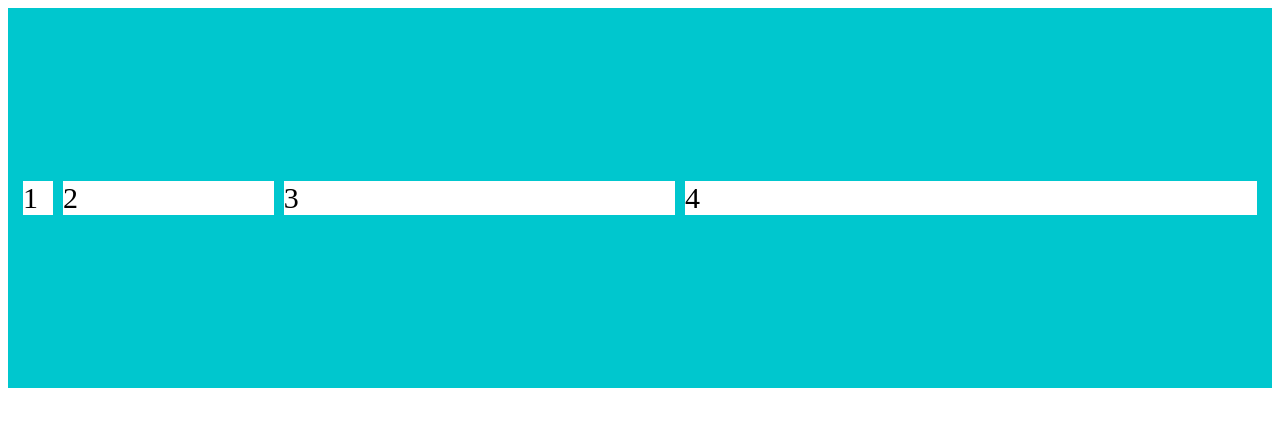
Repository: yuu2310/dmm-webcamp
Page: flex/flex.html
The author's editor kept a record of every edit. The page is drawn from the files as they stood at one moment, then again after the next edit.
The browser window is 1280 px wide. The pictures show the whole page.

Above is the page before.

### flex/flex.html
<!DOCTYPE html>
<html lang="ja">
  <head>
    <meta charset="UTF-8" />
    <link rel="stylesheet" href="style.css" />
    <title>flexbox</title>
  </head>
  <body>
    <div class="flex">
      <div>1</div>
      <div>2</div>
      <div>3</div>
      <div>4</div>
    </div>
  </body>
</html>

### flex/style.css
.flex {
  background-color: #00c7ce;
  height: 50vh;
  padding: 10px;
  display: flex;
  justify-content: center;
  align-items: center;
  flex-wrap: wrap;
  align-content: stretch;
}

.flex > div {
  background-color: #fff;
  width: 30px;
  margin: 5px;
  font-size: 30px;
}

.flex > div:nth-child(1) {
  flex-grow: 0;
}

.flex > div:nth-child(2) {
  flex-grow: 1;
}
.flex > div:nth-child(3) {
  flex-grow: 2;
}
.flex > div:nth-child(4) {
  flex-grow: 3;
}

After the next edit:
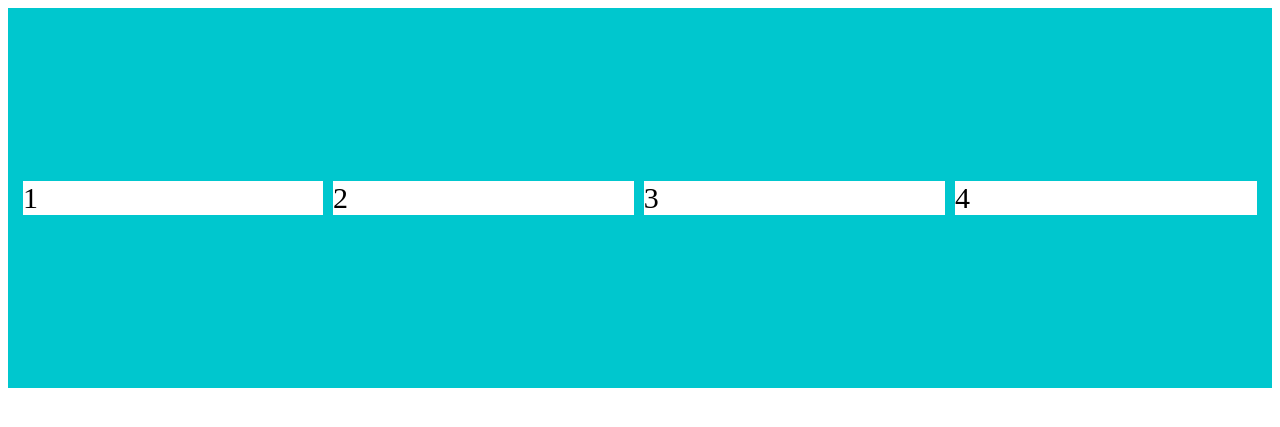
The edit:
--- a/flex/style.css
+++ b/flex/style.css
@@ -11,7 +11,7 @@
 
 .flex > div {
   background-color: #fff;
-  width: 30px;
+  width: 300px;
   margin: 5px;
   font-size: 30px;
 }
